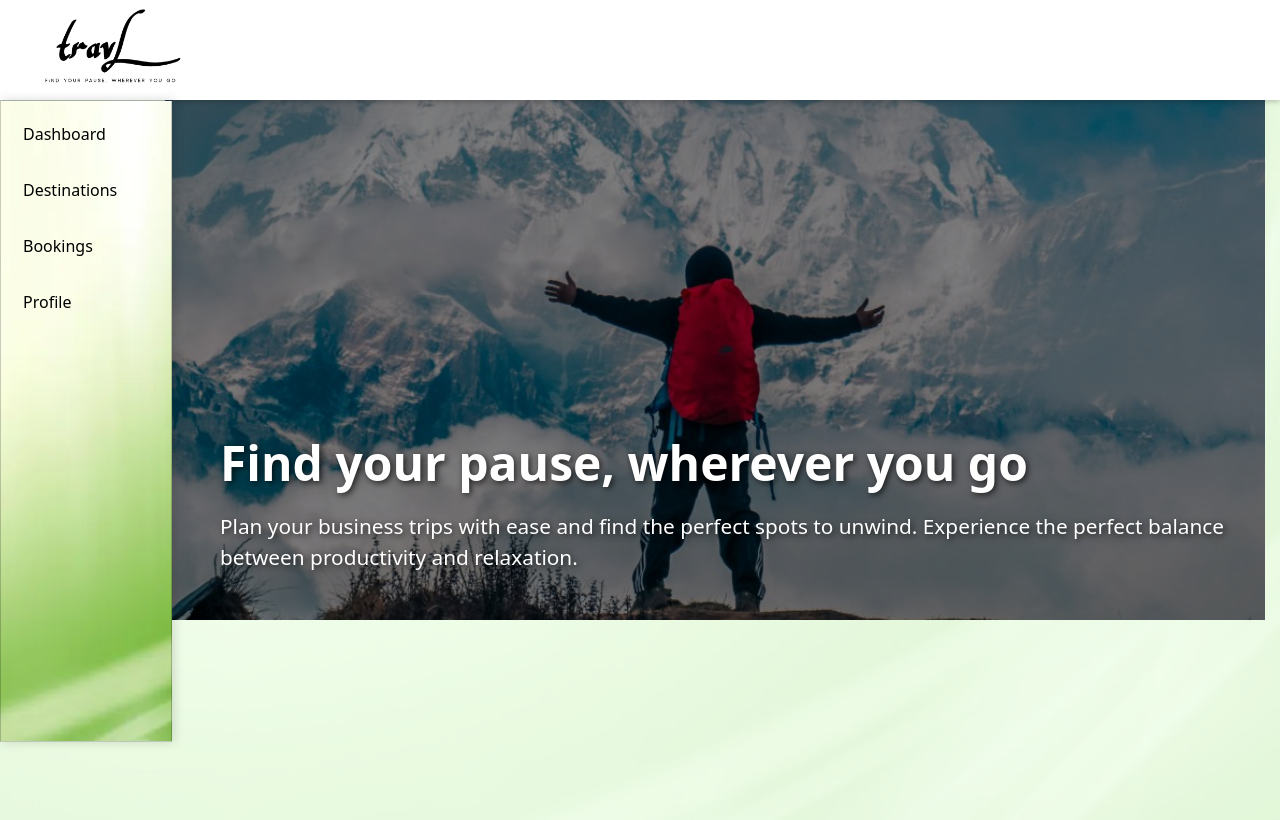
Repository: Nakib-Arman/Javafest25---travL
Page: / (app in Frontend/)
The author's editor kept a copy of each file at every save. The page is drawn from the files as they stood at one save, then again after the next save.
The browser window is 1280 px wide. The pictures show the whole page.
Pictures or frames that could not be fetched are drawn as grey boxes. The project was rebuilt for these pictures with package versions that can differ from the ones it lists, and the page was loaded fresh each time. Also part of the build but not shown: Frontend/vite.config.js.

Above is the page before, as saved 2025-08-13 12:33:45.

### Frontend/src/App.jsx
import { useState } from 'react'

import Home from './Components/Home'

function App() {
  const [count, setCount] = useState(0)

  return (
    <div>
      <Home/>
    </div>
  )
}

export default App

### Frontend/src/Components/Home.jsx
import React, { useState, useEffect } from 'react';
import '../CSS/Home.css';
import Topbar from './Topbar';
import Sidebar from './Sidebar';

import img1 from '../assets/travel1.jpg';
import img2 from '../assets/travel2.jpg';
import img3 from '../assets/travel3.jpg';
import logo from '../assets/Logo1.png';  // adjust the path as needed


export default function Home() {
  const images = [img1, img2, img3];
  const [currentIndex, setCurrentIndex] = useState(0);

  useEffect(() => {
    const timer = setInterval(() => {
      setCurrentIndex((prev) => (prev + 1) % images.length);
    }, 8000);
    return () => clearInterval(timer);
  }, [images.length]);

  return (
    <div className="home-container">
      <Topbar />
      <Sidebar />

      <div className="slideshow-container">
        <div
          className="slide-track"
          style={{ transform: `translateX(-${currentIndex * 100}%)` }}
        >
          {images.map((src, idx) => (
            <img key={idx} src={src} alt={`Slide ${idx}`} className="slide-image" />
          ))}
        </div>

        <div className="overlay-text">
          <h1>Find your pause, wherever you go</h1>
          <p>Plan your business trips with ease and find the perfect spots to unwind.
          Experience the perfect balance between productivity and relaxation.</p>
        </div>
      </div>
    </div>
  );
}

### Frontend/src/CSS/Home.css
.home-container {
    margin: 0;
    padding: 0;

    height: 100vh;
    width: 100vw;

    background-image: url('../assets/background2.jpg');
    background-position: center;
    background-repeat: no-repeat;
    background-size: cover;

    position: relative;
    color: black;
}


.home-container::before {
    content: '';
    position: absolute;
    top: 0;
    left: 0;
    right: 0;
    bottom: 0;
    background: rgba(241, 255, 238, 0.9);
    z-index: 1;
    pointer-events: none;
}



/* Slideshow adjusted to leave space for navbars */
.slideshow-container {
    position: relative;
    margin-top: 100px;
    /* space for topbar */
    margin-left: 165px;
    /* space for sidebar */
    width: calc(100% - 180px);
    height: calc(100% - 200px);
    /* 60% of viewport height */
    overflow: hidden;
    background-color: black;
    /* fallback */
    z-index: 2;
}

.slide-track {
    display: flex;
    transition: transform 0.8s ease-in-out;
    height: 100%;
}

.slide-image {
    min-width: 100%;
    height: 100%;
    object-fit: cover;
    opacity: 0.5;
}

/* Text overlay on slideshow */
.overlay-text {
    position: absolute;
    bottom: 5%;
    left: 5%;
    transform: none;
    text-align: left;
    color: white;
    text-shadow: 2px 2px 6px rgba(0, 0, 0, 0.7);
    z-index: 2;
}

.overlay-text h1 {
    font-size: 3rem;
    margin-bottom: 10px;
}

.overlay-text p {
    font-size: 1.3rem;
}

### Frontend/src/Components/Topbar.jsx
// src/components/Topbar.js
import React from 'react';
import '../CSS/Topbar.css';

export default function Topbar() {
  return (
    <nav className="topbar">
      <a className="logo-link" href="/"></a>

      <div className="nav-buttons">
        <button>Home</button>
        <button>About</button>
        <button>Services</button>
        <button>Contact</button>
      </div>
    </nav>
  );
}

### Frontend/src/Components/Sidebar.jsx
// src/components/Sidebar.js
import React from 'react';
import '../CSS/Sidebar.css';

export default function Sidebar() {
  return (
    <div className="sidebar">
      <button>Dashboard</button>
      <button>Destinations</button>
      <button>Bookings</button>
      <button>Profile</button>
    </div>
  );
}

### Frontend/src/CSS/Topbar.css
.topbar {
    position: fixed;
    top: 0;
    left: 0;
    right: 0;
    height: 100px;
    background-color: #;
    display: flex;
    justify-content: space-between;
    align-items: flex-end;
    padding: 0 20px;
    box-shadow: 0 2px 5px rgba(0,0,0,0.2);
    z-index: 1000;
  }

  /* Logo */
  .logo-link {
    display: inline-block;
    height: 100px;   /* make bigger if needed */
    width: 180px;
    background-image: url('../assets/Logo1.png');
    background-size: contain;
    background-repeat: no-repeat;
    background-position: center;
  }

  /* Navigation buttons container */
  .nav-buttons {
    display: flex;
    gap: 12px;
  }

  /* Button styling */
  .nav-buttons button {
    background-color: transparent;
    color: white;
    border: none;
    padding: 8px 16px;
    border-radius: 6px;
    font-size: 14px;
    font-weight: 500;
    cursor: pointer;
    transition: background-color 0.3s ease;
  }

  .nav-buttons button:hover {
    background-color: white;
    color: black;
  }

### Frontend/src/CSS/Sidebar.css
.sidebar {
  position: fixed;
  top: 100px;
  /* below topbar height */
  left: 0;
  width: 150px;
  height: calc(100vh - 100px);
  /* background-color: ; */
  background-image: url('../assets/background2.jpg');
    background-position: center;
    background-repeat: no-repeat;
    background-size: cover;
  display: flex;
  flex-direction: column;
  padding: 10px;
  gap: 10px;
  z-index: 1000;

  /* Border + shadow */
  border: 1px solid rgba(0, 0, 0, 0.2);
  box-shadow: 2px 0 10px rgba(0, 0, 0, 0.15);
}


.sidebar button {
  background-color: transparent;
  color: black;
  border: none;
  padding: 12px;
  text-align: left;
  border-radius: 4px;
  cursor: pointer;
  transition: background-color 0.3s ease;
}

.sidebar button:hover {
  background-color: #666;
}

Loaded but not shown: Frontend/index.html (common file); Frontend/src/main.jsx (common file); Frontend/src/index.css (common file)

After the next save:
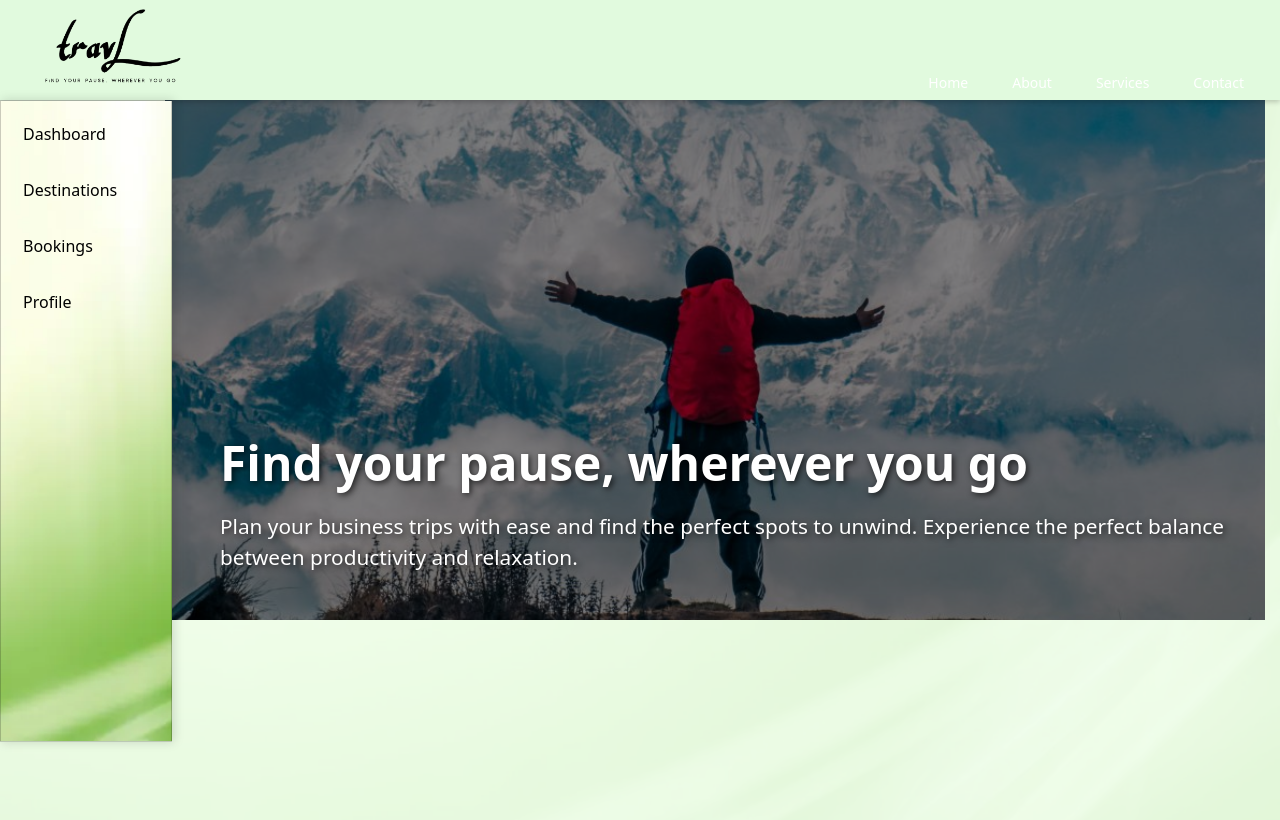
Saved 3 s later.
--- a/Frontend/src/CSS/Topbar.css
+++ b/Frontend/src/CSS/Topbar.css
@@ -4,7 +4,7 @@
     left: 0;
     right: 0;
     height: 100px;
-    background-color: #;
+    background-color: #e1fade;
     display: flex;
     justify-content: space-between;
     align-items: flex-end;

After the save that followed:
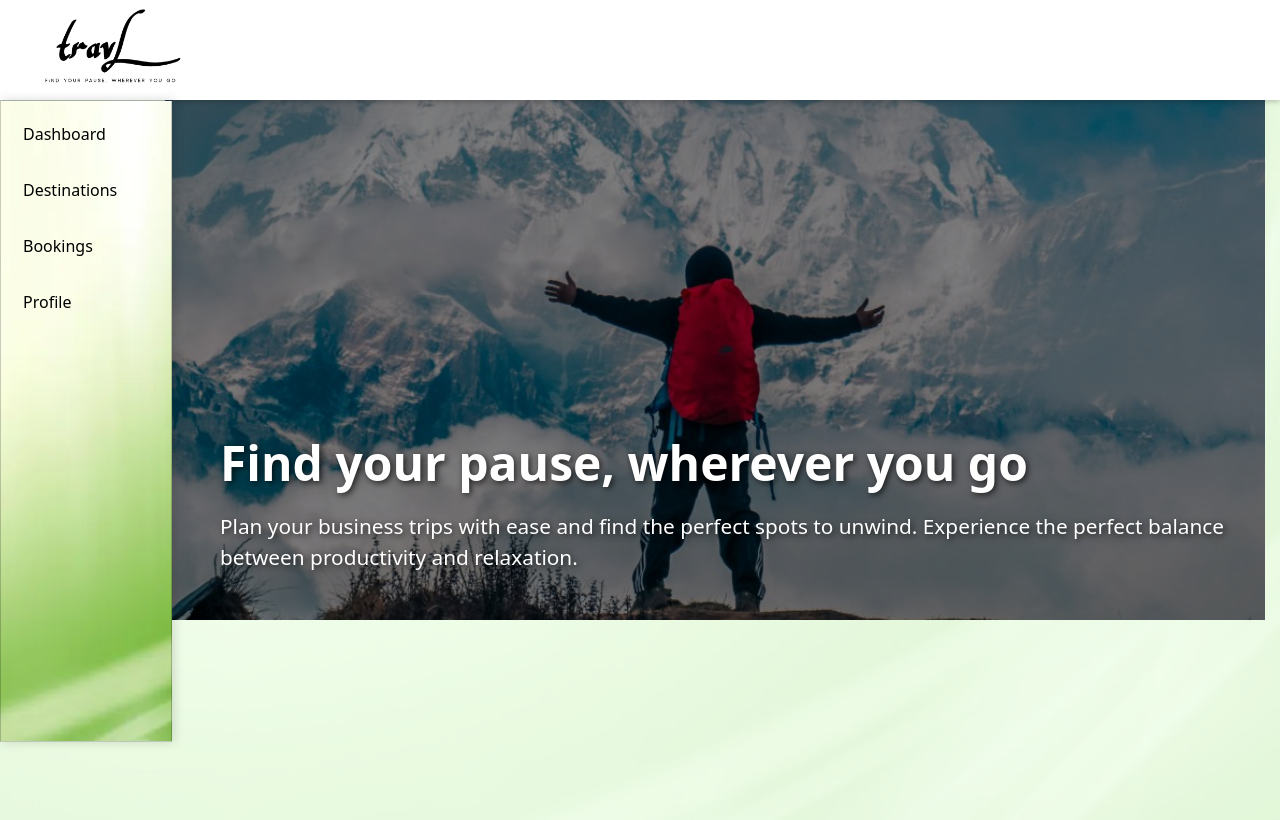
Saved 19 s later.
--- a/Frontend/src/CSS/Topbar.css
+++ b/Frontend/src/CSS/Topbar.css
@@ -4,7 +4,7 @@
     left: 0;
     right: 0;
     height: 100px;
-    background-color: #e1fade;
+    background-color: #transparent;
     display: flex;
     justify-content: space-between;
     align-items: flex-end;
